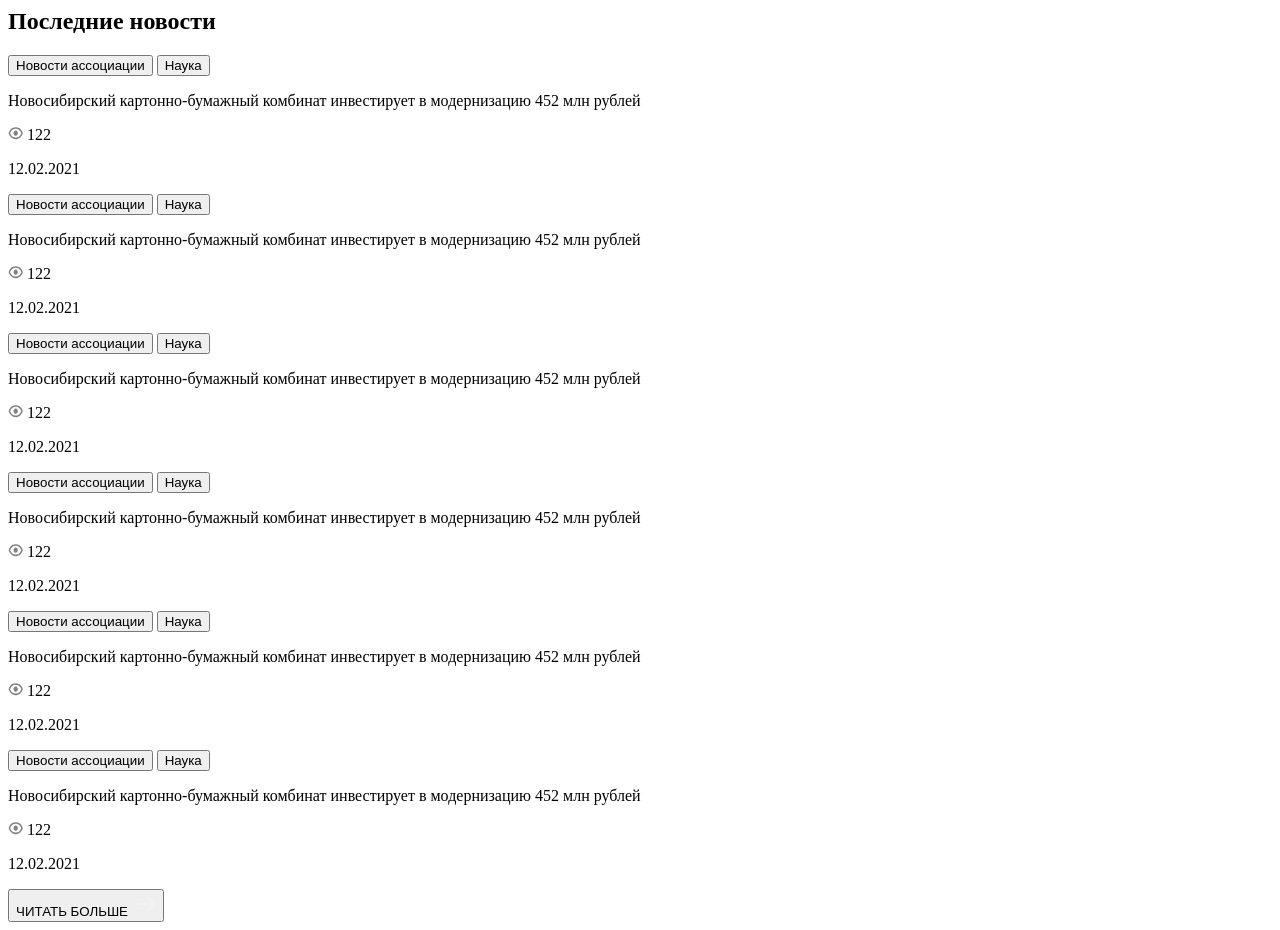
Repository: the-ASAP/League
Page: src/components/news.html
The author's editor kept a copy of each file at every save. The page is drawn from the files as they stood at one save, then again after the next save.
The browser window is 1280 px wide. The pictures show the whole page.

Above is the page before, as saved 2021-07-29 10:07:43.

After the next save:
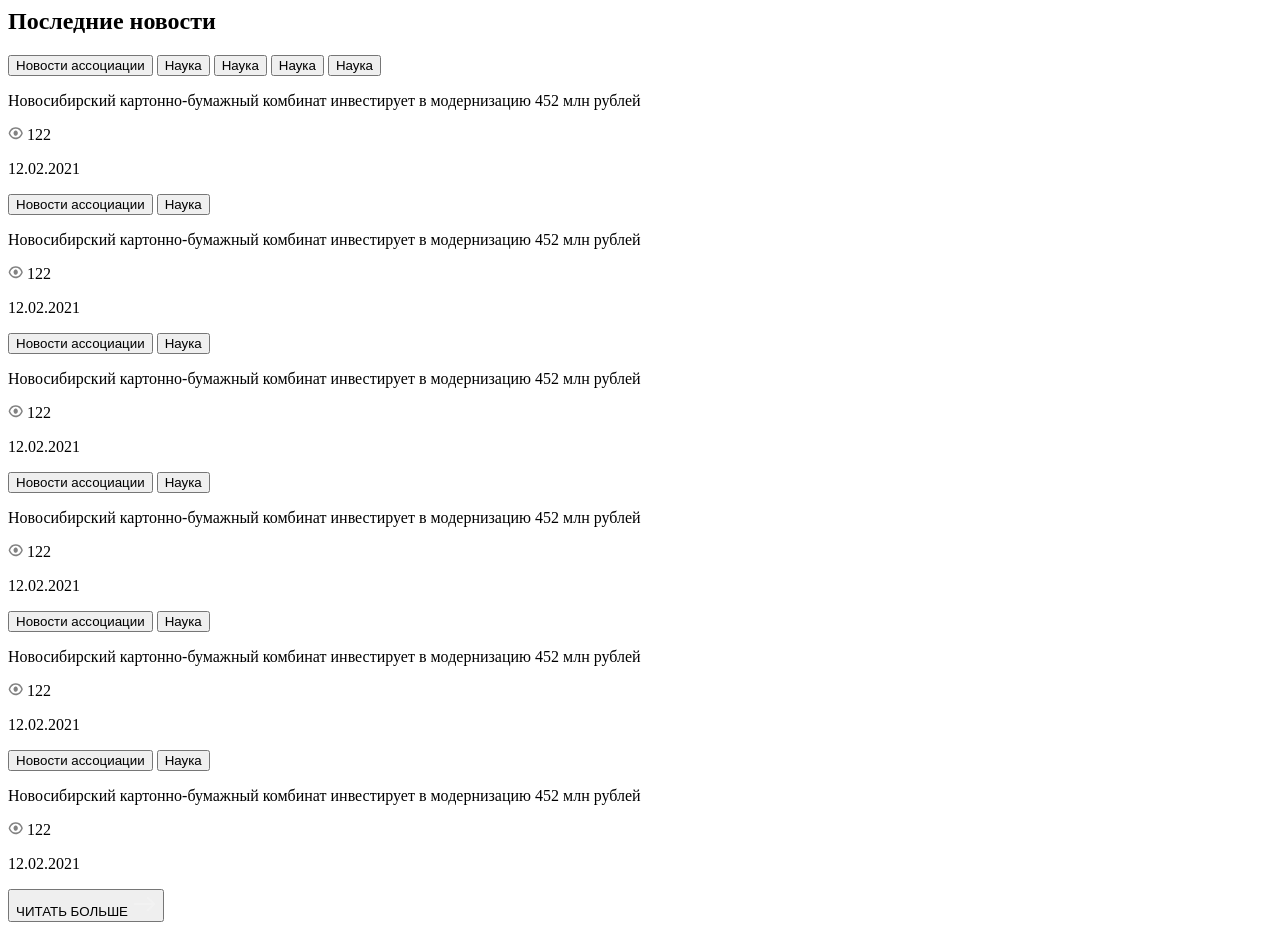
Saved 19 s later.
--- a/src/components/news.html
+++ b/src/components/news.html
@@ -6,6 +6,10 @@
                 <div class="post__image">
                     <button class="post__category">Новости ассоциации</button>
                     <button class="post__category">Наука</button>
+                    <button class="post__category">Наука</button>
+                    <button class="post__category">Наука</button>
+                    <button class="post__category">Наука</button>
+
                 </div>
                 <p class="post__title">
                     Новосибирский картонно-бумажный комбинат инвестирует в модернизацию 452 млн рублей
